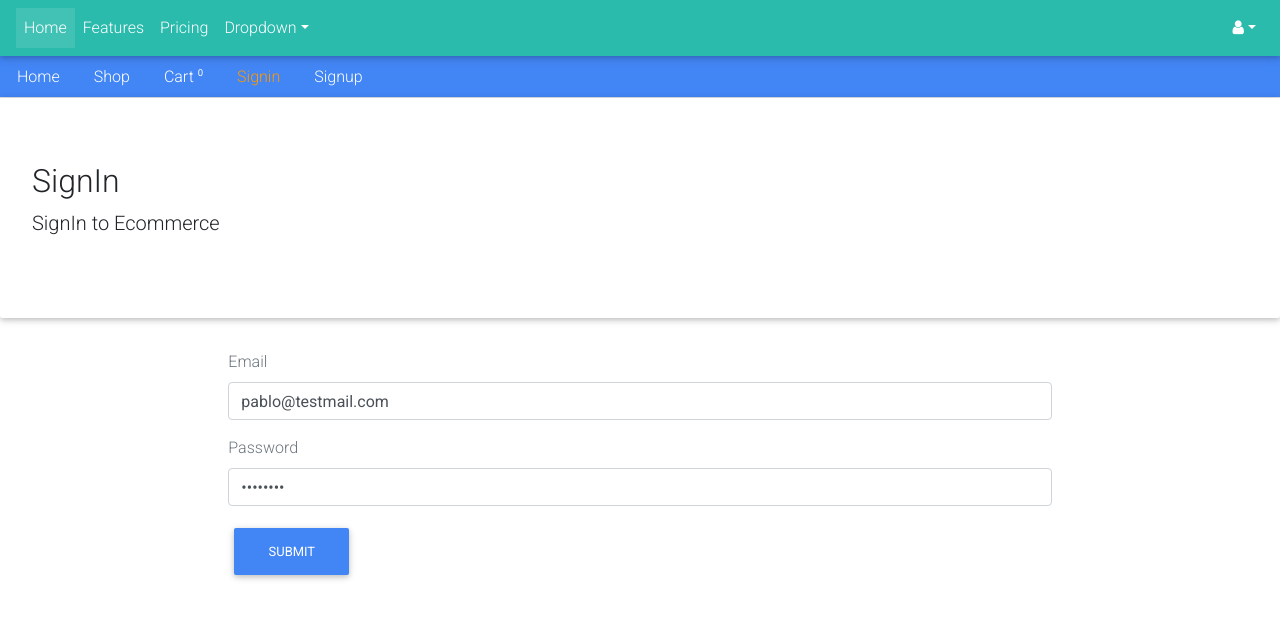
Repository: albertotorresfoltyn/e-commerce-front
Page: /create/product
These files come from the project's save history. The page is drawn as it stood at one moment and after the next save; the edit follows.
The browser window is 1280 px wide. The pictures show the whole page.
The project was rebuilt for these pictures with package versions that can differ from the ones it lists, and the page was loaded fresh each time. Also part of the build but not shown: src/styles.css, src/user/Signup.js, src/core/apiCore.js, src/core/ShowImage.js, src/core/Card.js, src/core/Search.js, src/core/Home.js, src/auth/PrivateRoute.js and 14 more.

Above is the page before, as saved 2019-10-28 01:31:59.

After the next save:
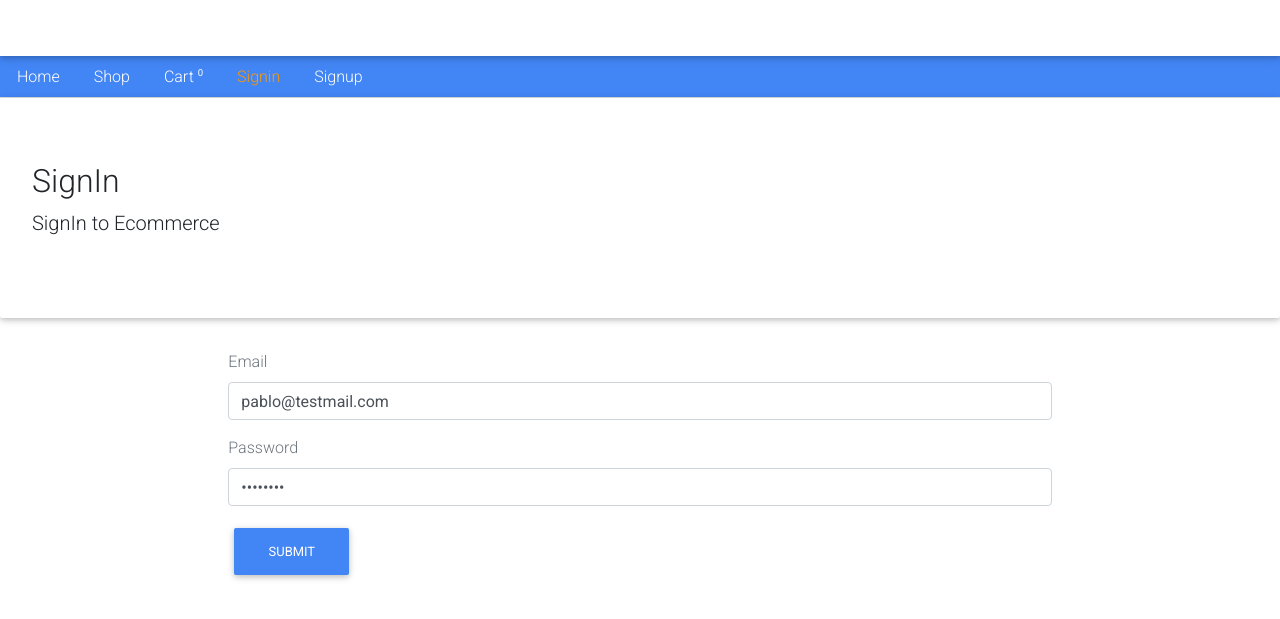
Saved 10 h 0 min later.
--- a/src/core/Menu.js
+++ b/src/core/Menu.js
@@ -15,7 +15,7 @@ const isActive = (history, path) => {
 //this way we have access to prop.history
 const Menu = ({ history }) => (
     <>
-    <MDBNavbar color="default-color" dark expand="md">
+    <MDBNavbar color="#26333C" dark expand="md">
         <MDBCollapse id="navbarCollapse3" isOpen={true} navbar>
           <MDBNavbarNav left>
             <MDBNavItem active>
